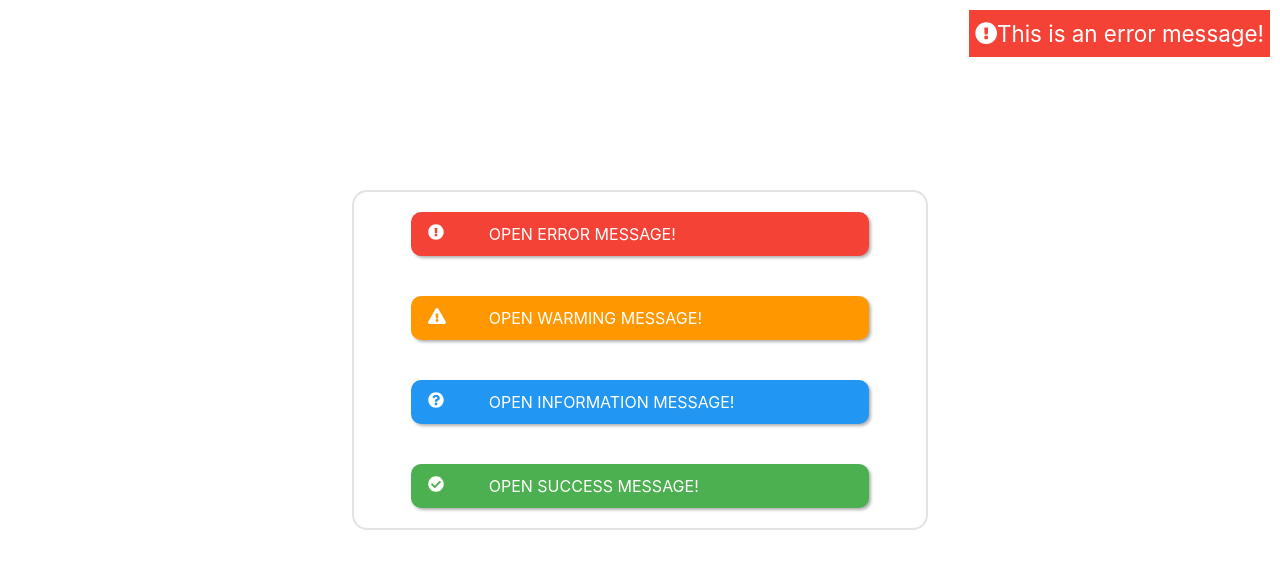
Repository: KrzysKolo/sr_tydzien5_zad2
Page: /, after clicking the first element matching `div.btn`
An editor plug-in stored every save of this project. The page is shown before and after the next save, followed by the edit.
The browser window is 1280 px wide. The pictures show the whole page.
The project was rebuilt for these pictures with package versions that can differ from the ones it lists, and the page was loaded fresh each time.

Above is the page before, as saved 2020-12-28 04:28:58.

### public/index.html
<!DOCTYPE html>
<html lang="en">
  <head>
    <meta charset="utf-8" />
    <link rel="icon" href="%PUBLIC_URL%/favicon.ico" />
    <meta name="viewport" content="width=device-width, initial-scale=1" />
    <meta name="theme-color" content="#000000" />
    <meta
      name="description"
      content="Web site created using create-react-app"
    />
    <link rel="apple-touch-icon" href="%PUBLIC_URL%/logo192.png" />
    <!--
      manifest.json provides metadata used when your web app is installed on a
      user's mobile device or desktop. See https://developers.google.com/web/fundamentals/web-app-manifest/
    -->
    <link rel="manifest" href="%PUBLIC_URL%/manifest.json" />
    <!--
      Notice the use of %PUBLIC_URL% in the tags above.
      It will be replaced with the URL of the `public` folder during the build.
      Only files inside the `public` folder can be referenced from the HTML.

      Unlike "/favicon.ico" or "favicon.ico", "%PUBLIC_URL%/favicon.ico" will
      work correctly both with client-side routing and a non-root public URL.
      Learn how to configure a non-root public URL by running `npm run build`.
    -->
    <title>Zad 2 - snackbar</title>
  </head>
  <body>
    <noscript>You need to enable JavaScript to run this app.</noscript>
    <div id="root"></div>
    <!--
      This HTML file is a template.
      If you open it directly in the browser, you will see an empty page.

      You can add webfonts, meta tags, or analytics to this file.
      The build step will place the bundled scripts into the <body> tag.

      To begin the development, run `npm start` or `yarn start`.
      To create a production bundle, use `npm run build` or `yarn build`.
    -->
  </body>
</html>

### src/App.js
import React from 'react';
import Buttons from './components/Buttons';
import './App.css';
const App = () => {
  return (
    <div className="wrapper--btn">
      <Buttons />
    </div>
  )
}

export default App;

### src/components/Buttons.js
import React from 'react';
import ButtonsData from './../data/ButtonsData';
import Button from './Button';


const Buttons = () => {

    return (
        <>
            {ButtonsData.map(button =>
                <Button key={button.id} data={button} />
            )}

        </>
    )
}

export default Buttons;

### src/App.css
* {
  box-sizing: border-box;
  margin: 0;
}
body {
  width: 100vw;
  height: 100vh;
  display: flex;
  flex-direction: row;
  justify-content: center;
  align-items: center;
}
.wrapper--btn {
  border: 2px solid #e3e3e3;
  border-radius: 15px;
  width: 45vw;
  display: flex;
  flex-direction: column;
  justify-content: center;
  align-items: center;
}
.btn {
  border-radius: 10px;
  color: rgb(240, 239, 244);
  cursor: pointer;
  outline: none;
  padding: 10px 15px;
  margin: 20px;
  width: 80%;
  display: grid;
  grid-template-columns: 0.5fr 3fr;
  box-shadow: 2px 2px 3px rgba(102, 102, 102, 0.5);
  transition: all 0.3s ease-in-out;
}
.snackbar {
  font-size: 1.4rem;
  padding: 10px 6px;
}
.error {
  color: white;
  background: rgb(244, 67, 54);
}

.success {
  color: rgb(124, 0, 0);
  background: rgb(76, 175, 80);
}
.information {
  color: yellow;
  background: rgb(33, 150, 243);
}

.warning {
  background: rgb(255, 152, 0);
  color: black;
}
.top-right {
  position: absolute;
  top: 10px;
  right: 10px;
}

### src/data/ButtonsData.js
const ButtonsData = [
    {
      id: 0,
      name: "OPEN ERROR MESSAGE!",
      color: "rgb(244, 67, 54)",
      icon: "faExclamationCircle",
      type: "error",
      message: "This is an error message!",
    },
    {
      id: 1,
      name: "OPEN WARMING MESSAGE!",
      color: "rgb(255, 152, 0)",
      icon: "faExclamationTriangle",
      type: "warning",
      message: "This is a warning message!",
    },
    {
      id: 2,
      name: "OPEN INFORMATION MESSAGE!",
      color: "rgb(33, 150, 243)",
      icon: "faQuestionCircle",
      type: "information",
      message: "This is an information message!",
    },
    {
      id: 3,
      name: "OPEN SUCCESS MESSAGE!",
      color: "rgb(76, 175, 80)",
      icon: "faCheckCircle",
      type: "success",
      message: "This is a success message!",
    },

  ]
 export default ButtonsData;

### src/components/Button.js
import React, { useState } from 'react';
import Icons from './Icons';
import Snackbar from './Snackbar';


const Button = ({data } ) => {

    const [isHover, setIsHover] = useState(false);
    const OutStyle = {
        border: `2px solid ${data.color}`,
        background: data.color,
        color: "#fff",
      };

      const OverStyle = {
        border: `2px solid ${data.color}`,
        backgroundColor: "#fff",
        color: data.color,

      };
    const [shownSnackbar, setShownSnackbar] = useState(false);
    const handleClick = () => {

        setShownSnackbar(true);

    };
    return (
        <>

        <div className="btn"
        /* onClick={() => switchFunction(event)} */
        onClick={handleClick}
        style={isHover ? OverStyle : OutStyle}
        onMouseOver={() => setIsHover(true)}
        onMouseOut={() => setIsHover(false)}>
            <Icons icon={data.icon}/>
             {data.name}
        </div>
        {shownSnackbar && <Snackbar type={data.type} position={"top-right"} message={data.message} icon={data.icon} />}
        </>
    )
}

export default Button;

### src/components/Icons.js
import React from 'react';
import { FontAwesomeIcon } from '@fortawesome/react-fontawesome';
import { faCheckCircle, faQuestionCircle, faExclamationTriangle, faExclamationCircle } from '@fortawesome/free-solid-svg-icons';

const Icons = ({icon}) => {

        switch (icon) {
            case 'faExclamationCircle': return <FontAwesomeIcon icon={faExclamationCircle} />;
            case 'faExclamationTriangle': return <FontAwesomeIcon icon={faExclamationTriangle} />;
            case 'faQuestionCircle': return <FontAwesomeIcon icon={faQuestionCircle} />;
            case 'faCheckCircle': return <FontAwesomeIcon icon={faCheckCircle} />;
            default: return null;
            }



}

export default Icons;

### src/components/Snackbar.js
import React from 'react';
import Icons from './Icons';
const Snackbar = ({type, message, icon, position}) => {
    return (
        <div className={`snackbar ${type} ${position}`}>
           <Icons icon={icon} />{message}
        </div>
    )
}

export default Snackbar

Loaded but not shown: src/index.js (common file); src/index.css (common file)

After the next save:
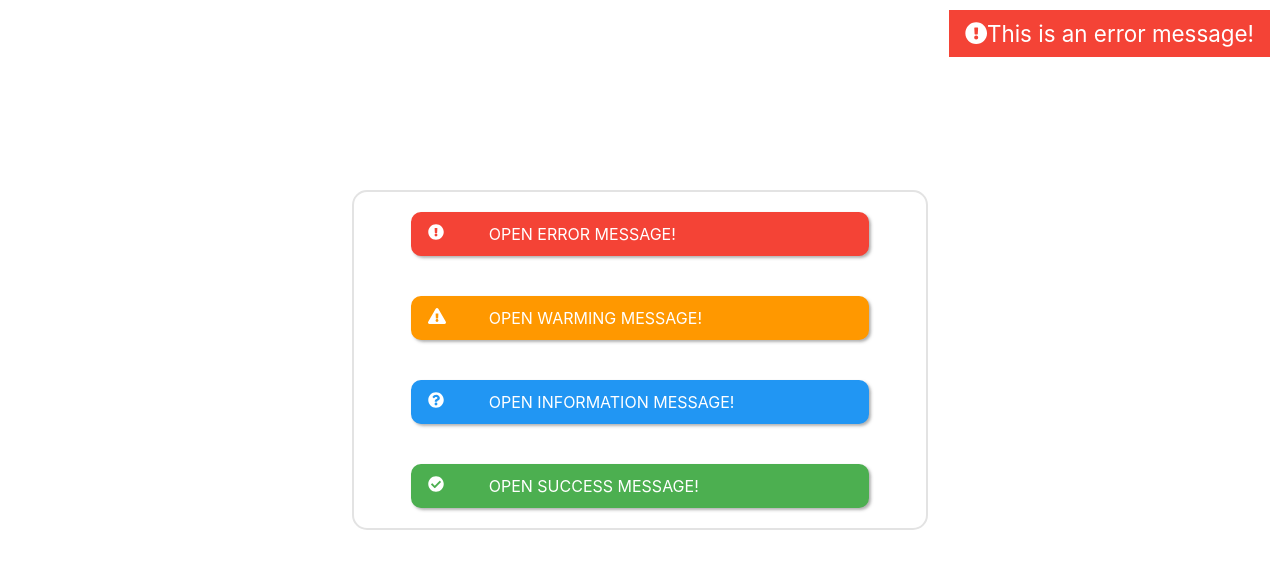
Saved 21 s later.
--- a/src/App.css
+++ b/src/App.css
@@ -34,7 +34,7 @@ body {
 }
 .snackbar {
   font-size: 1.4rem;
-  padding: 10px 6px;
+  padding: 10px 16px;
 }
 .error {
   color: white;
